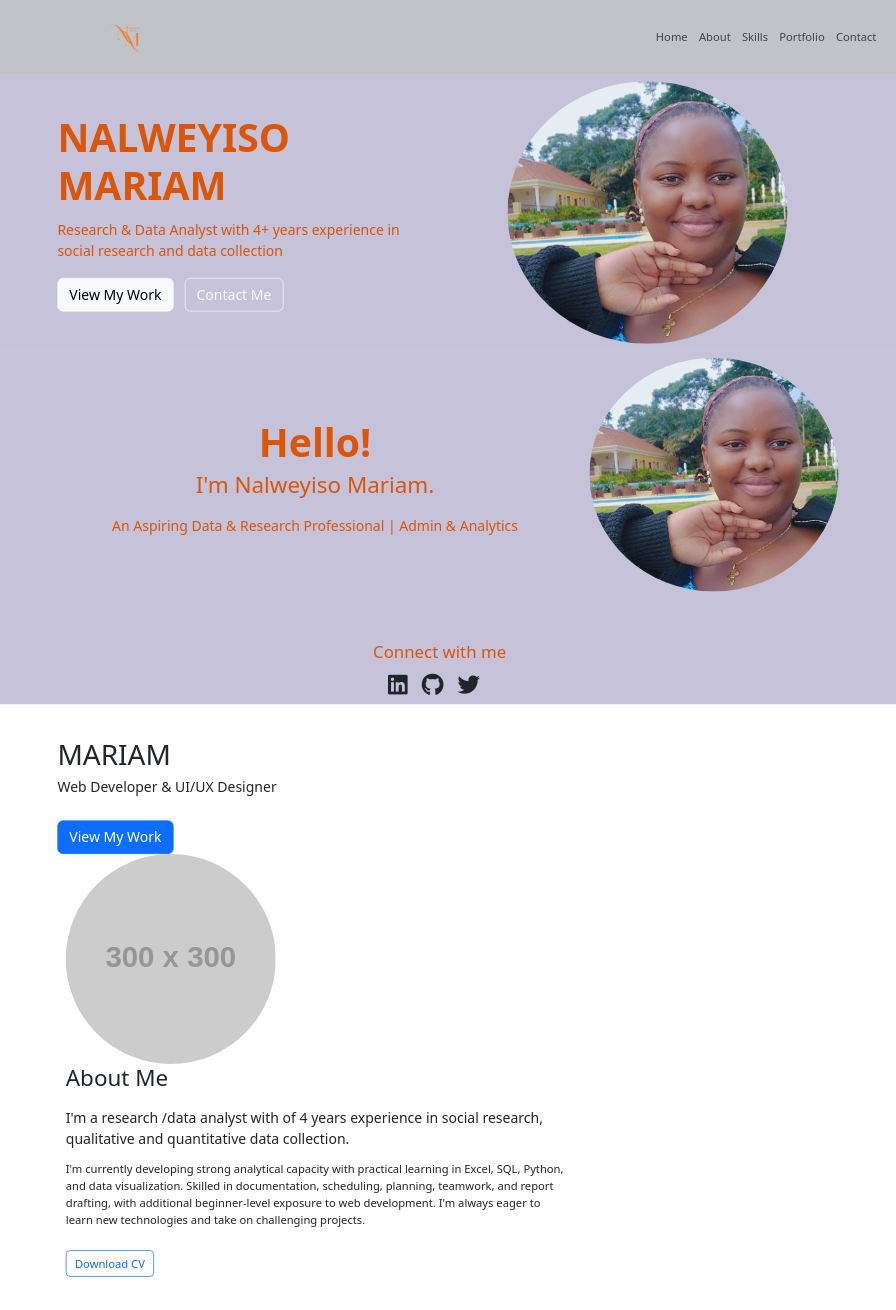
Repository: NalweMari/My-Personal-Portfolio
Page: index.html
These files come from the project's save history. The page is drawn as it stood at one moment and after the next save; the edit follows.
The browser window is 1280 px wide. The pictures show the whole page, at 70% of full size.

Above is the page before, as saved 2025-11-28 11:18:37.
Console error (its wording comes from the project's code and is left out).

After the next save:
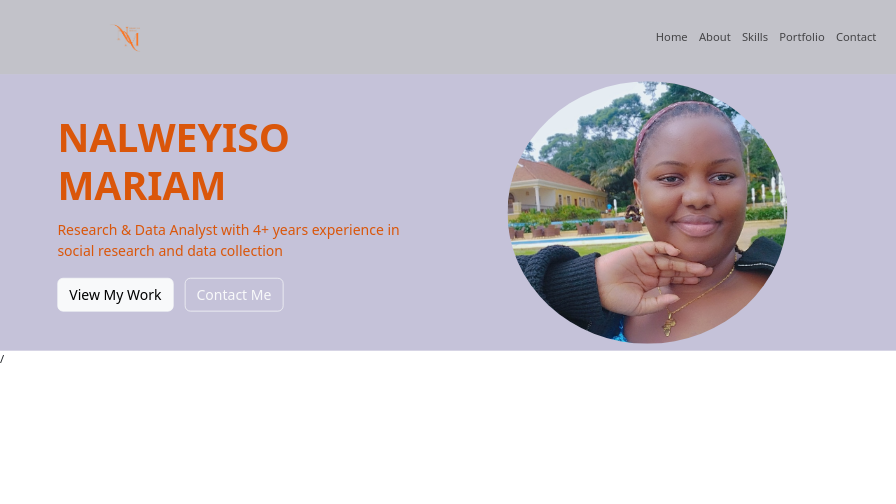
Saved 20 s later.
--- a/index.html
+++ b/index.html
@@ -61,61 +61,7 @@
             <a href="#projects" class="btn btn-primary btn-lg mt-3">View My Work</a>
         </div>
     </section> -->
-    <section id="home" class="hero-section text-center">
-        <div class="container">
-            <div class="row align-items-center">
-                <div class="col-md-8">
-                    <h1 class="display-4 fw-bold">Hello!</h1>
-                    <h2 class="mb-4">I'm Nalweyiso Mariam.</h2>
-                    <p class="lead">An Aspiring Data & Research Professional | Admin & Analytics</p>
-                    <p></p>
-                    <!-- <a href="#projects" class="btn btn-primary btn-lg mt-3">View My Work</a>
-                    <a href="#" class="btn btn-outline-primary mt-3">Download CV</a> -->
-                </div>
-                <div class="col-md-4 text-center mb-4">
-                    <img src="images/Profile design.png" alt="Profile" class="img-fluid rounded-circle large-profile">
-                </div>
-                <div class="row mt-5">
-                    <div class="col text-center">
-                        <h4>Connect with me</h4>
-                        <div class="mt-3">
-                            <a href="#" class="text-dark me-3"><i class="fab fa-linkedin fa-2x"></i></a>
-                            <a href="#" class="text-dark me-3"><i class="fab fa-github fa-2x"></i></a>
-                            <a href="#" class="text-dark me-3"><i class="fab fa-twitter fa-2x"></i></a>
-                        </div>
-                    </div>
-                </div>
-    </section>
-    <!-- About Section -->
-
-    <section id="about" class="py-5">
-        <div class="container">
-            <h1 class="">MARIAM</h1>
-            <p class="lead">Web Developer & UI/UX Designer</p>
-            <a href="#projects" class="btn btn-primary btn-lg mt-3">View My Work</a>
-            <section id="about" class="">
-                <div class="container">
-                    <div class="row align-items-center">
-                        <div class="display-4 fw-bold">
-                            <img src="https://via.placeholder.com/300" alt="Profile" class="img-fluid rounded-circle">
-                        </div>
-                        <div class="col-md-8">
-                            <h2 class="mb-4">About Me</h2>
-                            <p class="lead">I'm a research /data analyst with of 4 years
-                                experience in social research, qualitative and quantitative data collection.</p>
-                            <p>I'm currently developing strong analytical capacity with practical learning in Excel,
-                                SQL,
-                                Python,
-                                and data visualization. Skilled in documentation, scheduling, planning, teamwork, and
-                                report
-                                drafting, with additional beginner-level exposure to web development. I'm always eager
-                                to learn
-                                new technologies and take on challenging projects.</p>
-                            <a href="#" class="btn btn-outline-primary mt-3">Download CV</a>
-                        </div>
-                    </div>
-                </div>
-            </section>
+    /
             <script src="https://stackpath.bootstrapcdn.com/bootstrap/4.5.2/js/bootstrap.min.js"></script>
 </body>
 

After the save that followed:
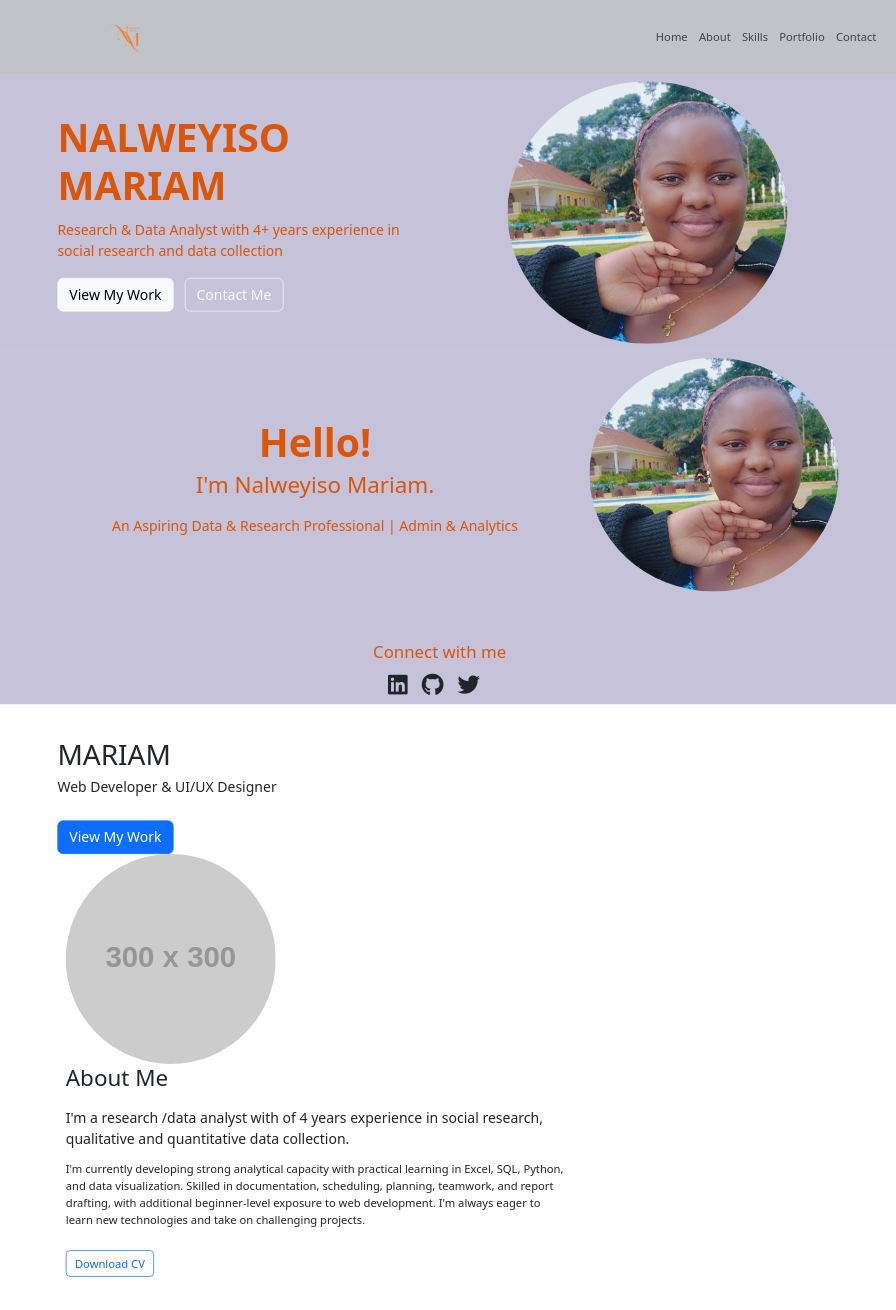
Saved 14 s later.
--- a/index.html
+++ b/index.html
@@ -61,7 +61,61 @@
             <a href="#projects" class="btn btn-primary btn-lg mt-3">View My Work</a>
         </div>
     </section> -->
-    /
+    <section id="home" class="hero-section text-center">
+        <div class="container">
+            <div class="row align-items-center">
+                <div class="col-md-8">
+                    <h1 class="display-4 fw-bold">Hello!</h1>
+                    <h2 class="mb-4">I'm Nalweyiso Mariam.</h2>
+                    <p class="lead">An Aspiring Data & Research Professional | Admin & Analytics</p>
+                    <p></p>
+                    <!-- <a href="#projects" class="btn btn-primary btn-lg mt-3">View My Work</a>
+                    <a href="#" class="btn btn-outline-primary mt-3">Download CV</a> -->
+                </div>
+                <div class="col-md-4 text-center mb-4">
+                    <img src="images/Profile design.png" alt="Profile" class="img-fluid rounded-circle large-profile">
+                </div>
+                <div class="row mt-5">
+                    <div class="col text-center">
+                        <h4>Connect with me</h4>
+                        <div class="mt-3">
+                            <a href="#" class="text-dark me-3"><i class="fab fa-linkedin fa-2x"></i></a>
+                            <a href="#" class="text-dark me-3"><i class="fab fa-github fa-2x"></i></a>
+                            <a href="#" class="text-dark me-3"><i class="fab fa-twitter fa-2x"></i></a>
+                        </div>
+                    </div>
+                </div>
+    </section>
+    <!-- About Section -->
+
+    <section id="about" class="py-5">
+        <div class="container">
+            <h1 class="">MARIAM</h1>
+            <p class="lead">Web Developer & UI/UX Designer</p>
+            <a href="#projects" class="btn btn-primary btn-lg mt-3">View My Work</a>
+            <section id="about" class="">
+                <div class="container">
+                    <div class="row align-items-center">
+                        <div class="display-4 fw-bold">
+                            <img src="https://via.placeholder.com/300" alt="Profile" class="img-fluid rounded-circle">
+                        </div>
+                        <div class="col-md-8">
+                            <h2 class="mb-4">About Me</h2>
+                            <p class="lead">I'm a research /data analyst with of 4 years
+                                experience in social research, qualitative and quantitative data collection.</p>
+                            <p>I'm currently developing strong analytical capacity with practical learning in Excel,
+                                SQL,
+                                Python,
+                                and data visualization. Skilled in documentation, scheduling, planning, teamwork, and
+                                report
+                                drafting, with additional beginner-level exposure to web development. I'm always eager
+                                to learn
+                                new technologies and take on challenging projects.</p>
+                            <a href="#" class="btn btn-outline-primary mt-3">Download CV</a>
+                        </div>
+                    </div>
+                </div>
+            </section>
             <script src="https://stackpath.bootstrapcdn.com/bootstrap/4.5.2/js/bootstrap.min.js"></script>
 </body>
 
